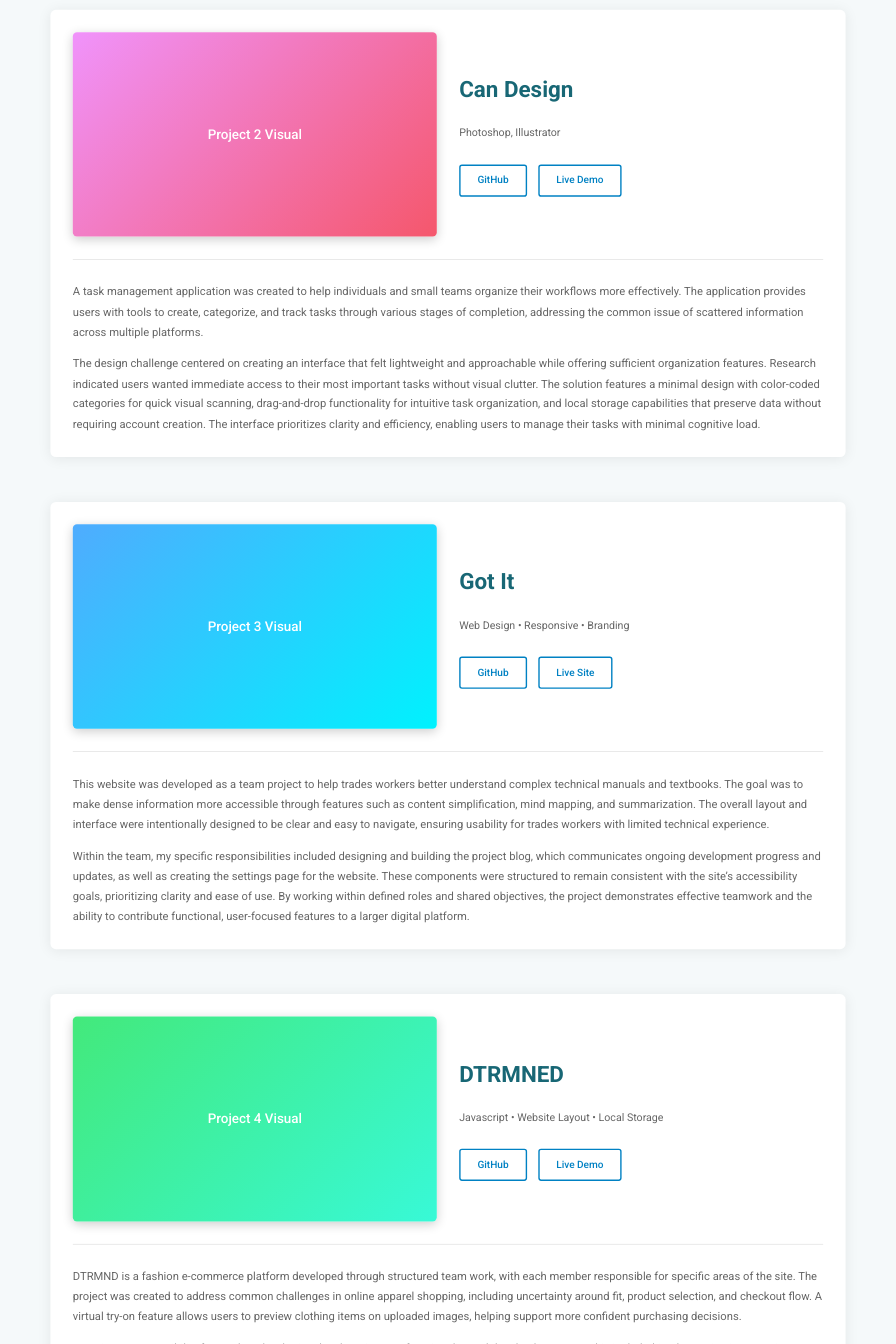
Repository: DonaldCWong/portfolio
Page: index.html
An editor plug-in stored every save of this project. The page is shown before and after the next save, followed by the edit.
The browser window is 1280 px wide. The pictures show the part of the page from y = 1630 to 3550 px (the page is 4837 px tall), at 70% of full size.

Above is the page before, as saved 2026-01-12 16:19:10.

After the next save:
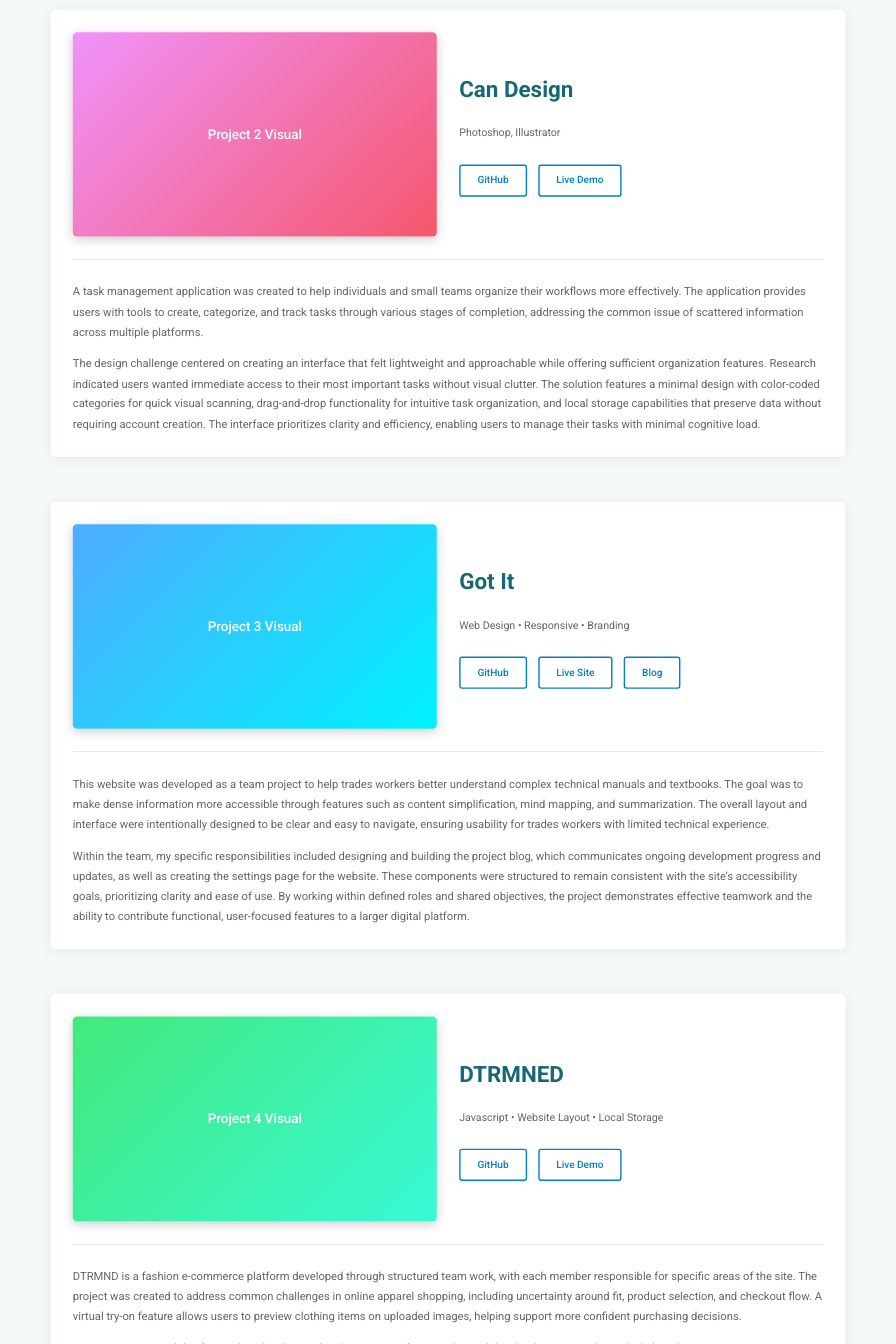
Saved 81 s later.
--- a/index.html
+++ b/index.html
@@ -103,6 +103,7 @@
                         <div class="project-links">
                             <a href="https://github.com/deniseada/GotIt" target="_blank" rel="noopener noreferrer" class="project-link">GitHub</a>
                             <a href="https://got-it-phi.vercel.app/" target="_blank" rel="noopener noreferrer" class="project-link">Live Site</a>
+                            <a href="https://dwong429.wixsite.com/gotit" target="_blank" rel="noopener noreferrer" class="project-link">Blog</a>
                         </div>
                     </div>
                 </div>
